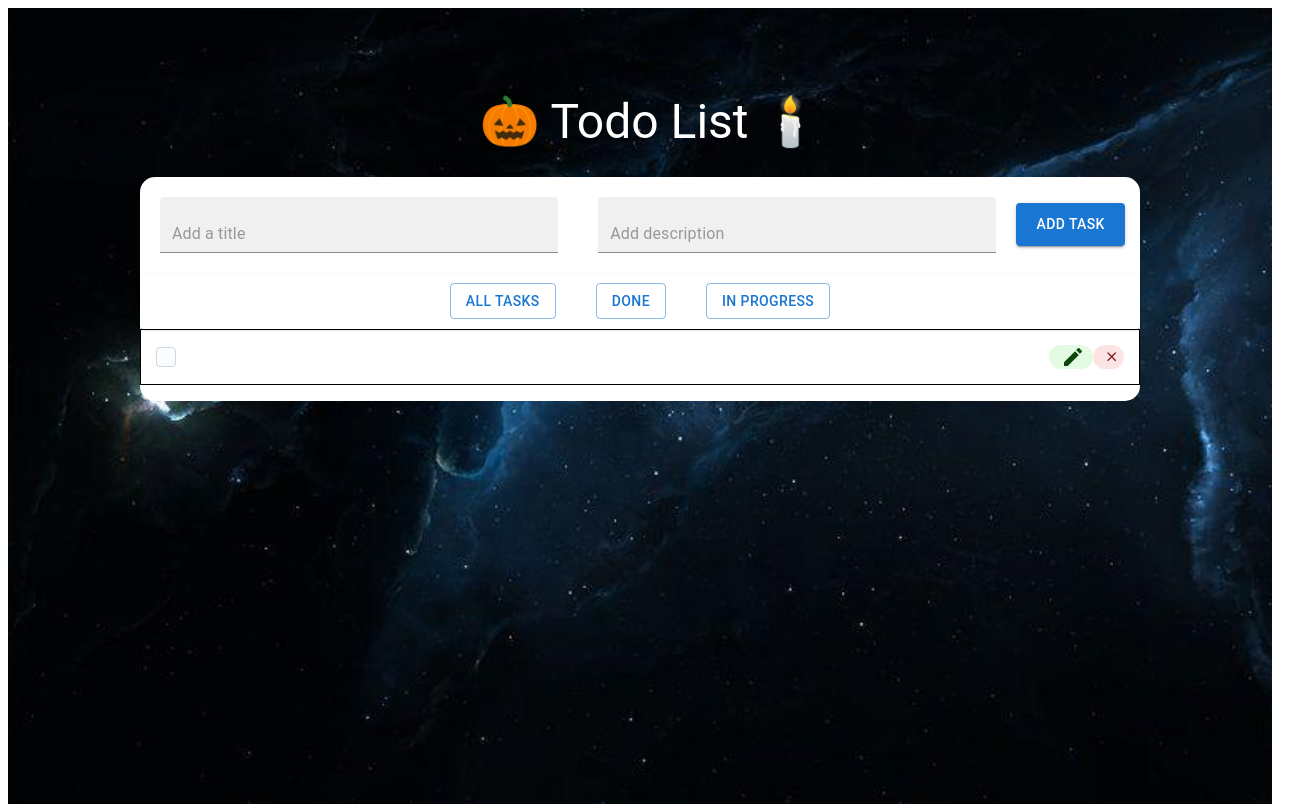
Repository: Tracy-maker/TodoList
Page: /
These files come from the project's save history. The page is drawn as it stood at one moment and after the next save; the edit follows.
The browser window is 1280 px wide. The page is 1292 px wide, so the pictures cover 1292 px, including what lies to the right of the window. The pictures show the whole page.
The project was rebuilt for these pictures with package versions that can differ from the ones it lists, and the page was loaded fresh each time. Also part of the build but not shown: src/components/TaskEdit.js.

Above is the page before, as saved 2023-09-20 19:47:31.

After the next save:
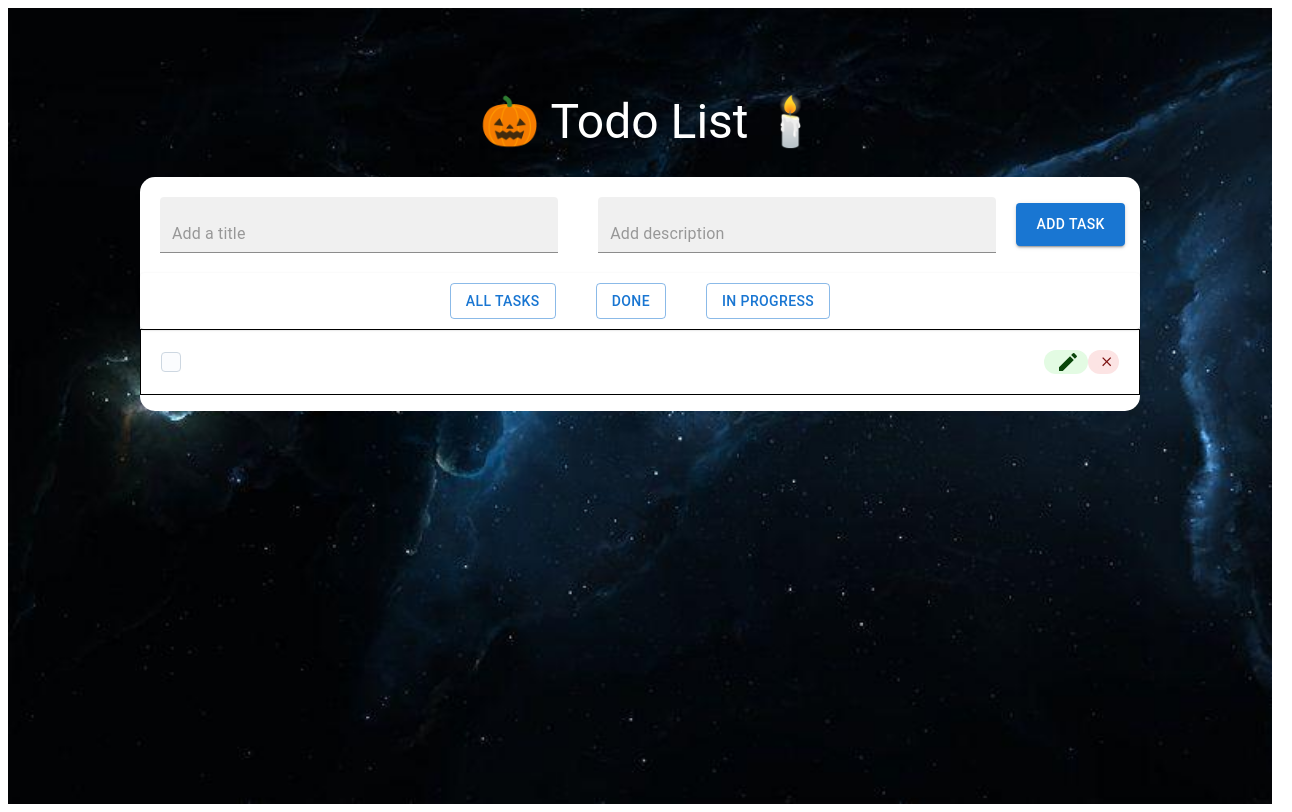
Saved 4 s later.
--- a/src/components/TaskShow.js
+++ b/src/components/TaskShow.js
@@ -13,7 +13,7 @@ const TaskItem = styled(Box)`
   display: flex;
   justify-content: space-between;
   align-items: center;
-  padding: 15px;
+  padding: 20px;
   border-style: solid;
   border-width: 1px;
 `;
